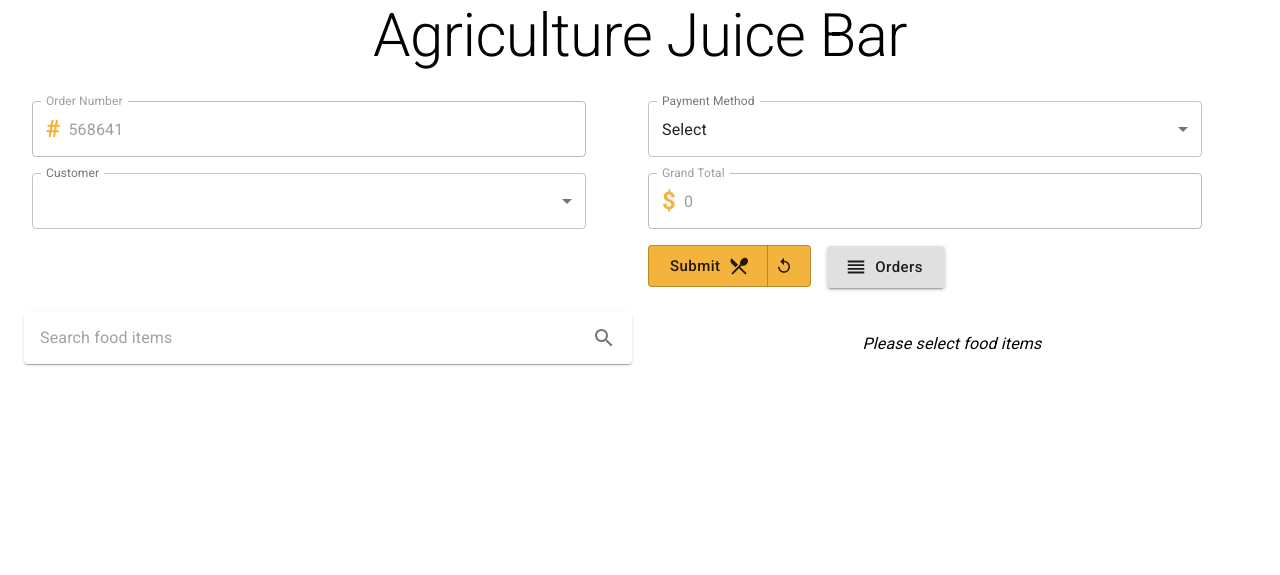
Repository: CydexCode/JuiceBarApplication
Page: / (app in restaurant-app/)
These files come from the project's save history. The page is drawn as it stood at one moment and after the next save; the edit follows.
The browser window is 1280 px wide. The pictures show the whole page.
The page's requests for data from a server got no answer. The project was rebuilt for these pictures with package versions that can differ from the ones it lists, and the page was loaded fresh each time. No one was signed in, and anything a server would have sent is missing. Also part of the build but not shown: restaurant-app/src/App.css, restaurant-app/src/layouts/Table.js, restaurant-app/src/components/Order/OrderList.js.

Above is the page before, as saved 2024-02-06 05:39:10.

After the next save:
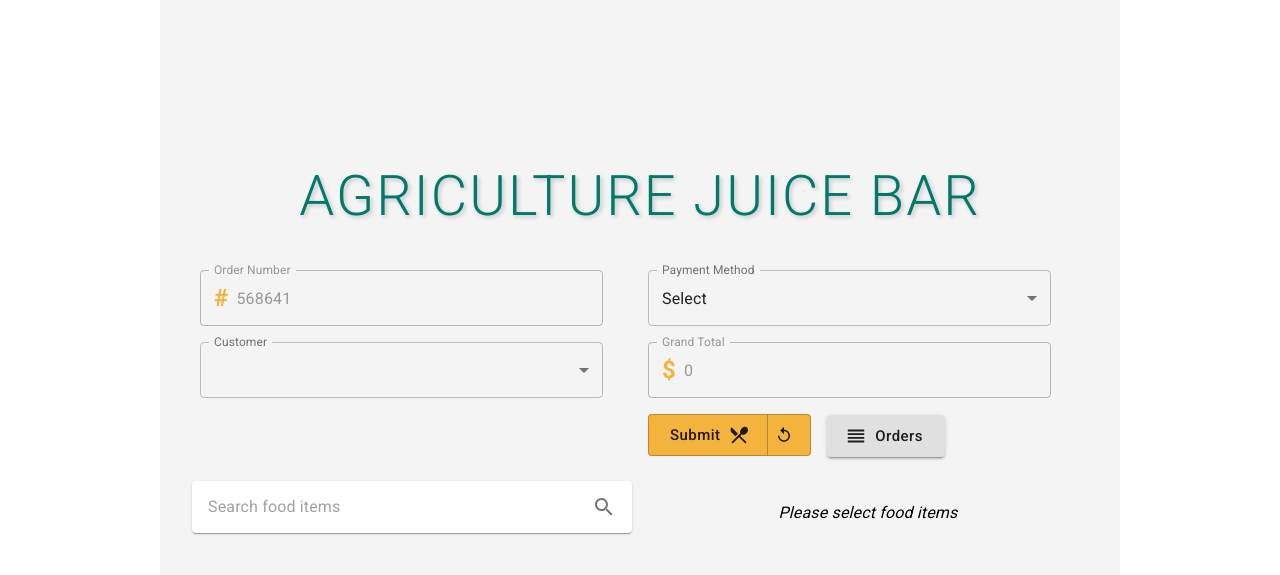
Saved 2 h 18 min later.
--- a/restaurant-app/src/App.js
+++ b/restaurant-app/src/App.js
@@ -1,19 +1,37 @@
-import logo from './logo.svg';
-import './App.css';
-import { Container, Typography } from "@material-ui/core";
+import React from 'react';
+import { Container, Typography, makeStyles } from '@material-ui/core';
 import Order from './components/Order';
 
+const useStyles = makeStyles((theme) => ({
+  container: {
+    backgroundColor: '#f4f4f4',
+    padding: theme.spacing(4),
+    display: 'flex',
+    flexDirection: 'column',
+    alignItems: 'center',
+    justifyContent: 'center',
+    minHeight: '100vh',
+  },
+  title: {
+    marginBottom: theme.spacing(4),
+    fontSize: '3.5rem',
+    color: '#00796b', // Green color
+    textAlign: 'center',
+    textTransform: 'uppercase',
+    letterSpacing: '2px',
+    textShadow: '2px 2px 4px rgba(0, 0, 0, 0.2)',
+  },
+}));
 
 function App() {
+  const classes = useStyles();
+
   return (
-    <Container maxwidth="md">
-          <Typography
-          gutterBottom
-          variant="h2"
-          align="center">
-            Agriculture Juice Bar
-          </Typography>
-          <Order />
+    <Container className={classes.container} maxWidth="md">
+      <Typography className={classes.title} gutterBottom variant="h2" align="center">
+        Agriculture Juice Bar
+      </Typography>
+      <Order />
     </Container>
   );
 }
